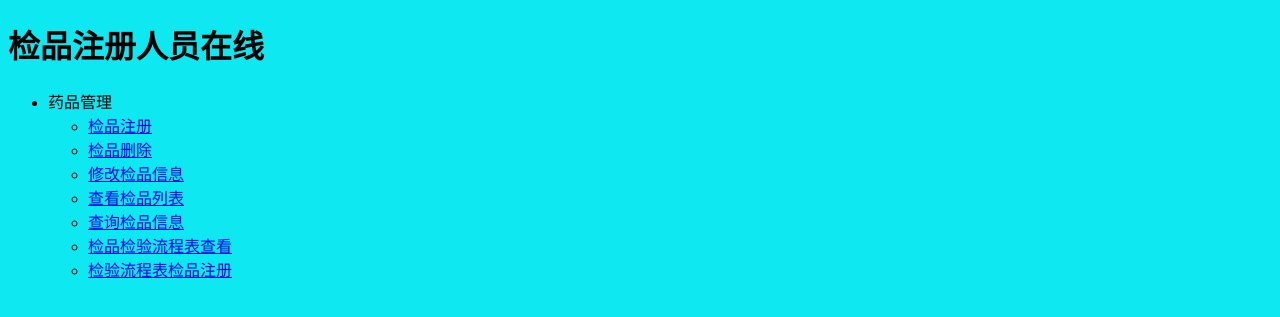
Repository: Shaoxubao/Java
Page: http://localhost/msm/jsp/sample/regi_menu.jsp
The author's editor kept a copy of each file at every save. The page is drawn from the files as they stood at one save, then again after the next save.
The browser window is 1280 px wide. The pictures show the whole page.
The page is served by Tomcat 9. Nobody is signed in. The application's start-up code is not run. Other server files are loaded and not shown.

Above is the page before, as saved 2015-06-14 09:33:07.

### msm/WebContent/jsp/sample/regi_menu.jsp
<%@ page language="java" contentType="text/html; charset=UTF-8"
    pageEncoding="UTF-8"%>
<!DOCTYPE html PUBLIC "-//W3C//DTD HTML 4.01 Transitional//EN" "http://www.w3.org/TR/html4/loose.dtd">
<html>
<head>
<meta http-equiv="Content-Type" content="text/html; charset=UTF-8">
<title>检品注册人员</title>
</head>
<body bgcolor="＃E8E8FF">
    <h1>检品注册人员在线</h1>
    <div>
      <ul>
        <li>药品管理
	        <ul>
	          <li><a href="<%=request.getContextPath()%>/samplem/addsample" target="main">检品注册</a></li>
	          <li><a href="<%=request.getContextPath()%>/samplem/deletesample" target="main">检品删除</a></li>
	          <li><a href="<%=request.getContextPath()%>/samplem/update" target="main">修改检品信息</a></li>
	          <li><a href="<%=request.getContextPath()%>/samplem/samples" target="main">查看检品列表</a></li>
	          <li><a href="<%=request.getContextPath()%>/samplem/show" target="main">查询检品信息</a></li>
	          <li><a href="<%=request.getContextPath()%>/samplem/sampleflow" target="main">检品检验流程表查看</a></li>
	          <li><a href="<%=request.getContextPath()%>/samplem/addsampleflow" target="main">检验流程表检品注册</a></li>
	        </ul>
        </li>
      </ul>
    </div>
</body>
</html>

After the next save:
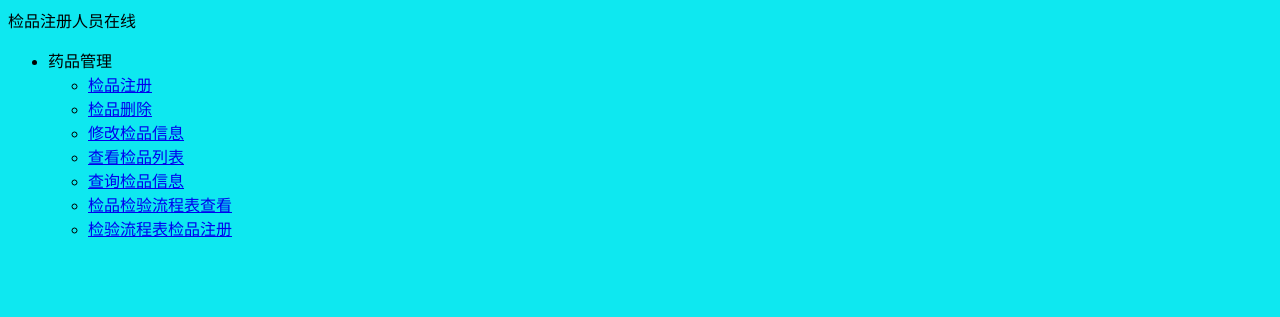
Saved 37 s later.
--- a/msm/WebContent/jsp/sample/regi_menu.jsp
+++ b/msm/WebContent/jsp/sample/regi_menu.jsp
@@ -7,7 +7,7 @@
 <title>检品注册人员</title>
 </head>
 <body bgcolor="＃E8E8FF">
-    <h1>检品注册人员在线</h1>
+    <div class="ny_zbbt"><span>检品注册人员在线</span></div>
     <div>
       <ul>
         <li>药品管理
